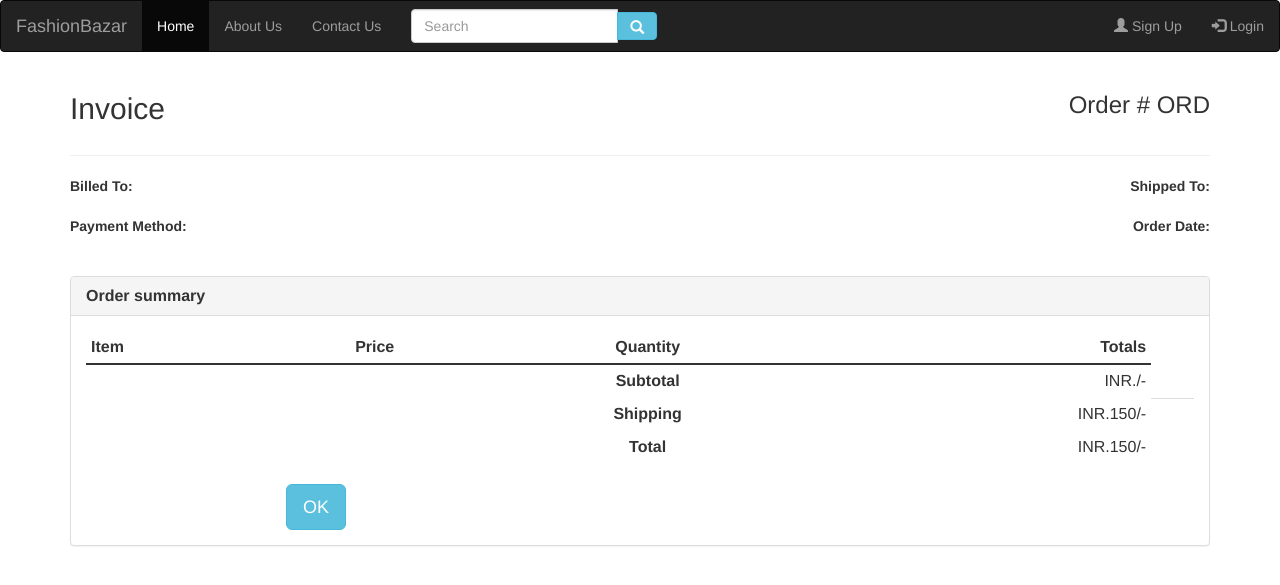
Repository: SmithaMendonca/Project-1
Page: http://localhost/FashionBazarFrontend/WEB-INF/views/Receipt.jsp
These files come from the project's save history. The page is drawn as it stood at one moment and after the next save; the edit follows.
The browser window is 1280 px wide. The pictures show the whole page.
The page is served by Tomcat 9. Nobody is signed in. The template is opened directly, without the code that normally fills it, so the values that code supplies are empty.

Above is the page before, as saved 2019-06-06 06:08:51.

After the next save:
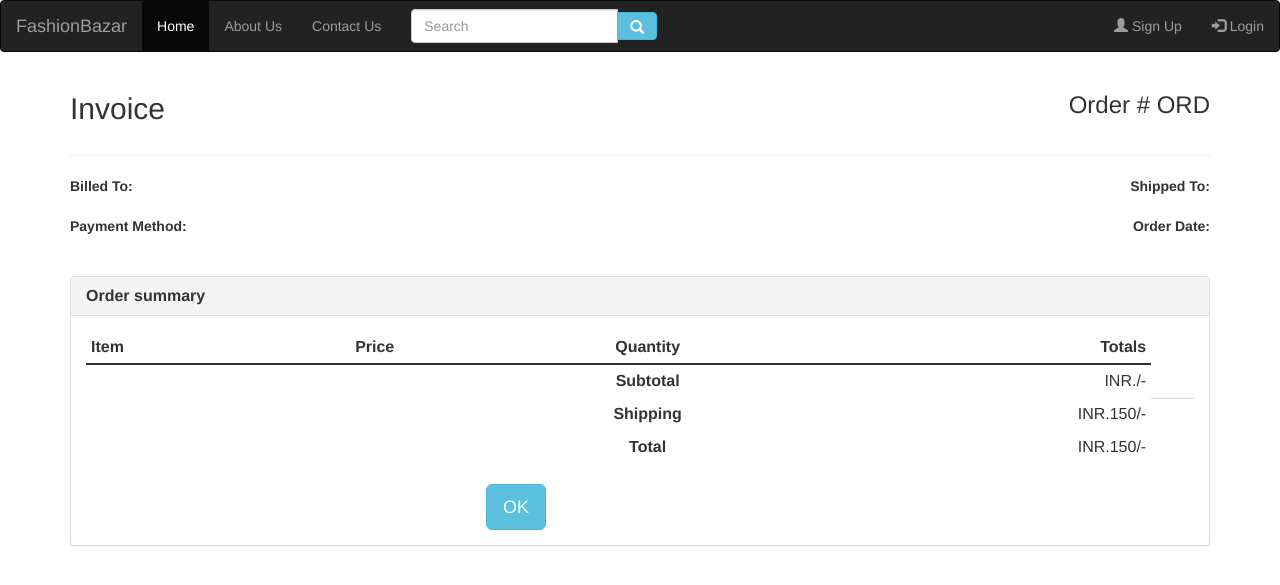
Saved 87 s later.
--- a/FashionBazarFrontend/src/main/webapp/WEB-INF/views/Receipt.jsp
+++ b/FashionBazarFrontend/src/main/webapp/WEB-INF/views/Receipt.jsp
@@ -106,7 +106,7 @@
     							</tr>
     						</tbody>
     					</table>
-    					<input style="margin-left: 200px" type="submit" value="OK" class="btn btn-lg btn-info"/>
+    					<input style="margin-left: 400px" type="submit" value="OK" class="btn btn-lg btn-info"/>
     				</div>
     			</div>
     		</div>
